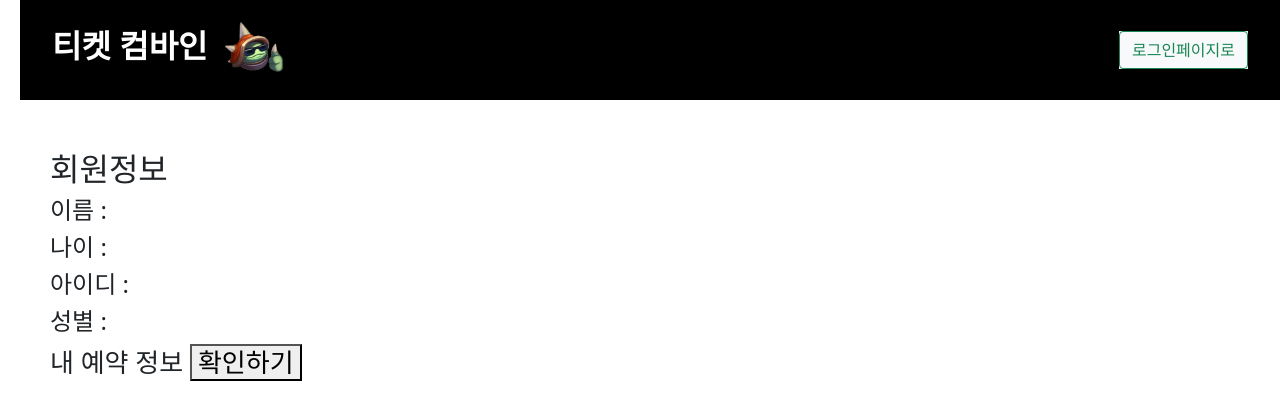
Repository: springpoet/SQL_project
Page: http://localhost/myproject/WEB-INF/views/airport/MyPage.jsp
An editor plug-in stored every save of this project. The page is shown before and after the next save, followed by the edit.
The browser window is 1280 px wide. The pictures show the whole page.
Some web libraries are served in a nearby version. The page is served by Tomcat 9. Nobody is signed in. The template is opened directly, without the code that normally fills it, so the values that code supplies are empty.

Above is the page before, as saved 2022-11-10 03:14:53.

After the next save:
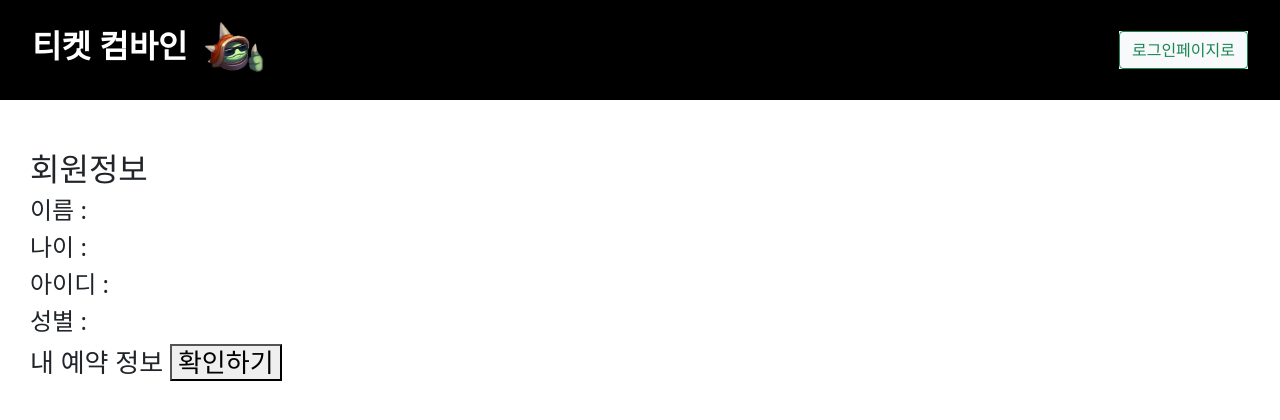
Saved 50 s later.
--- a/카페에서함2 -태연완성/myproject/src/main/webapp/WEB-INF/views/airport/MyPage.jsp
+++ b/카페에서함2 -태연완성/myproject/src/main/webapp/WEB-INF/views/airport/MyPage.jsp
@@ -25,7 +25,7 @@
 
 body{
 height:100vh;
-margin-left:20px;
+
 }
 h4{
 color:black;
